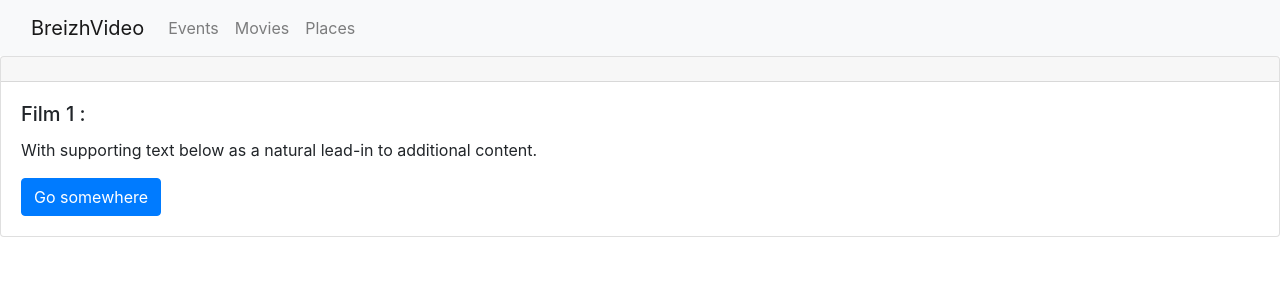
Repository: romgrm/Hackaton_BreizhVideo_FRONT
Page: /Events
An editor plug-in stored every save of this project. The page is shown before and after the next save, followed by the edit.
The browser window is 1280 px wide. The pictures show the whole page.
The page's requests for data from a server got no answer. Some web libraries are served in a nearby version. The project was rebuilt for these pictures with package versions that can differ from the ones it lists, and the page was loaded fresh each time. No one was signed in, and anything a server would have sent is missing. Also part of the build but not shown: src/Components/Films.js, src/Components/Village.js.

Above is the page before, as saved 2020-12-21 20:15:34.

After the next save:
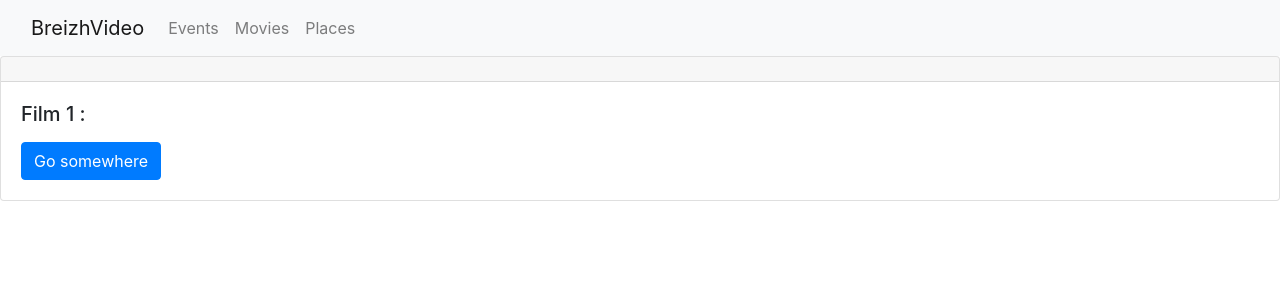
Saved 29 s later.
--- a/src/Components/Events.js
+++ b/src/Components/Events.js
@@ -29,7 +29,9 @@ export default function Events() {
                 {event.map((current) =>(
                 current.films.title
                          ))}</h5>
-                <p class="card-text">With supporting text below as a natural lead-in to additional content.</p>
+                <p class="card-text"> {event.map((current) =>(
+                current.films.title
+                         ))}</p>
                 <a href="#" class="btn btn-primary">Go somewhere</a>
             </div>
         </div>
